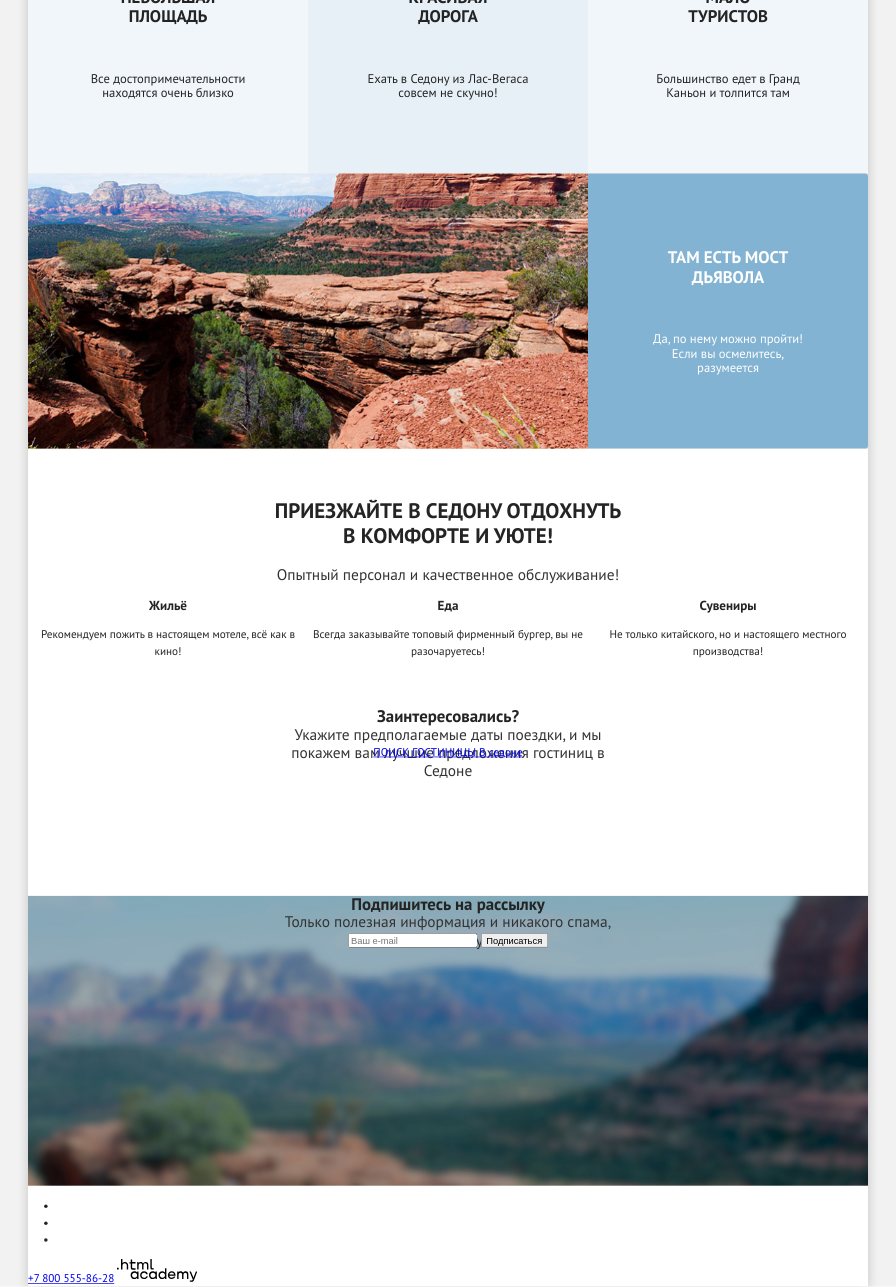
Repository: zakhgagne/2512253-sedona-1
Page: index.html
The author's editor kept a copy of each file at every save. The page is drawn from the files as they stood at one save, then again after the next save.
The browser window is 1280 px wide. The pictures show the part of the page from y = 1347 to 3267 px (the page is 3185 px tall before and 3267 px after), at 70% of full size.

Above is the page before, as saved 2024-05-11 16:05:58.

After the next save:
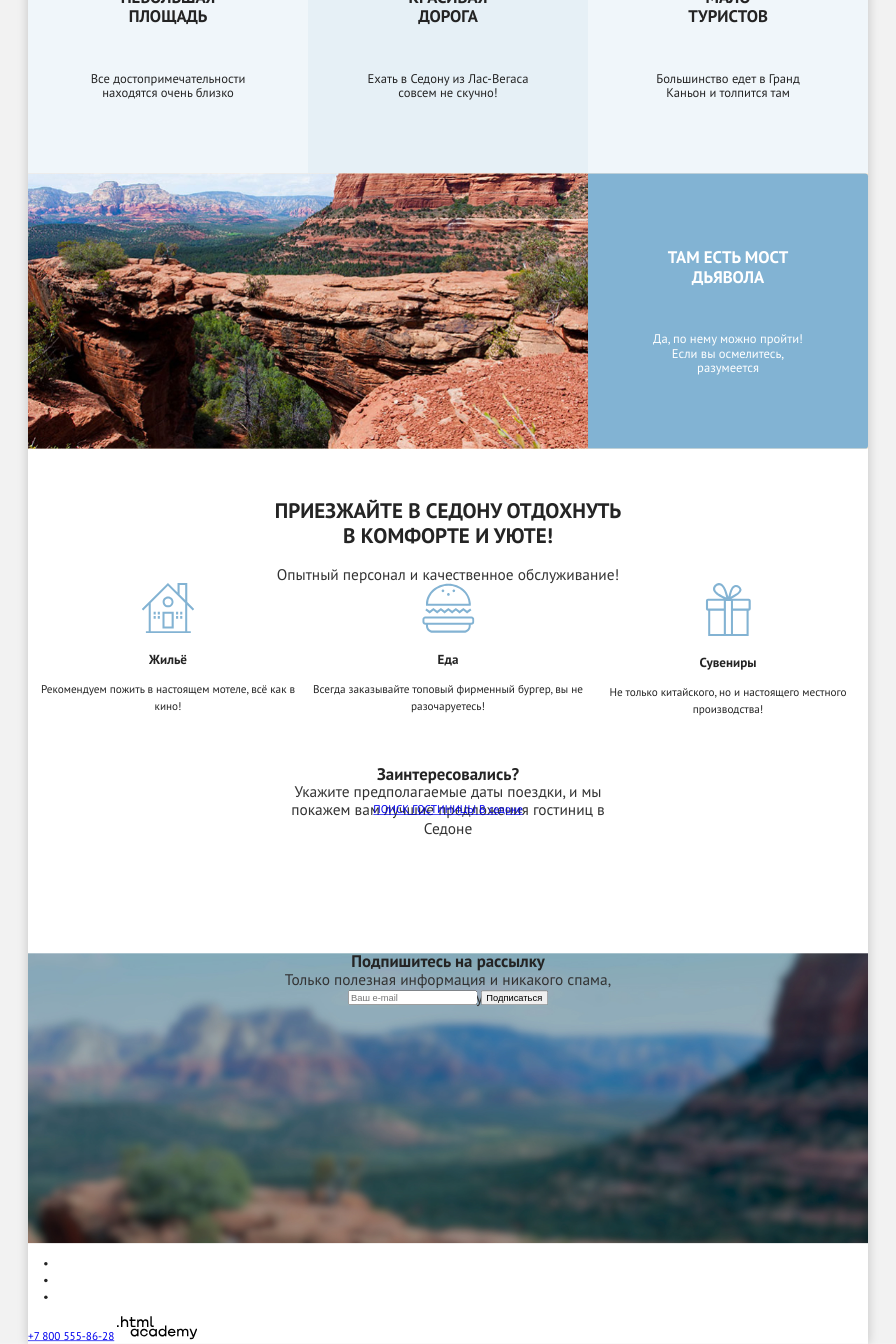
Saved 11 min 6 s later.
--- a/index.html
+++ b/index.html
@@ -96,14 +96,17 @@
 
           <ul class="comfort-list">
             <li class="comfort-item">
+              <img src="./images/advantage-icon-home.svg" class="reason-image" width="" height="">
               <h3 class="comfort-title">Жильё</h3>
               <p class="comfort-text">Рекомендуем пожить в настоящем мотеле, всё как в кино!</p>
             </li>
             <li class="comfort-item">
+              <img src="./images/advantage-icon-food.svg" class="reason-image" width="" height="">
               <h3 class="comfort-title">Еда</h3>
               <p class="comfort-text">Всегда заказывайте топовый фирменный бургер, вы не разочаруетесь!</p>
             </li>
             <li class="comfort-item">
+              <img src="./images/advantage-icon-gift.svg" class="reason-image" width="" height="">
               <h3 class="comfort-title">Сувениры</h3>
               <p class="comfort-text">Не только китайского, но и настоящего местного производства!</p>
             </li>
